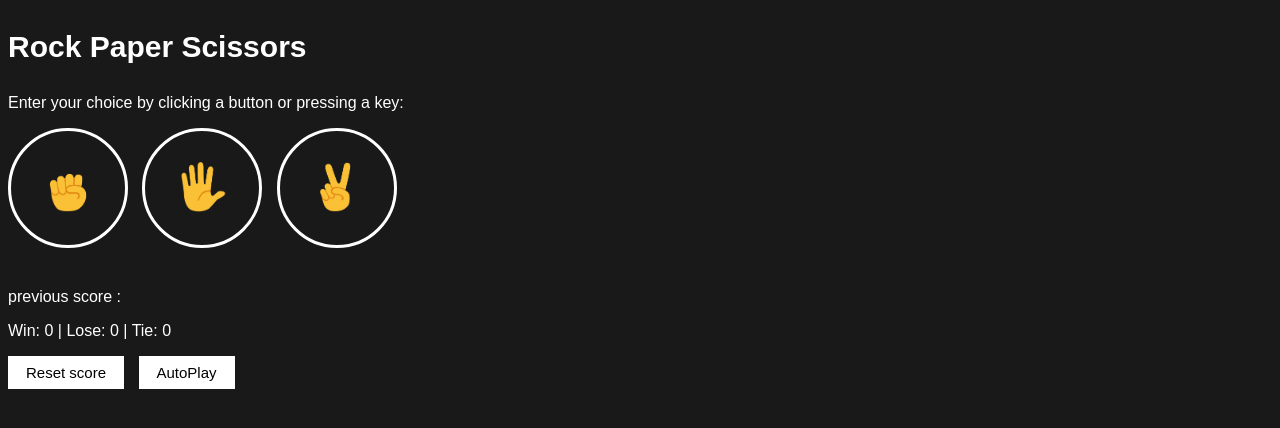
Repository: Gaurav124937/javascript
Page: html/08-rock-paper-scissors-evetlistner.html
These files come from the project's save history. The page is drawn as it stood at one moment and after the next save; the edit follows.
The browser window is 1280 px wide. The pictures show the whole page.

Above is the page before, as saved 2026-04-06 21:36:20.

After the next save:
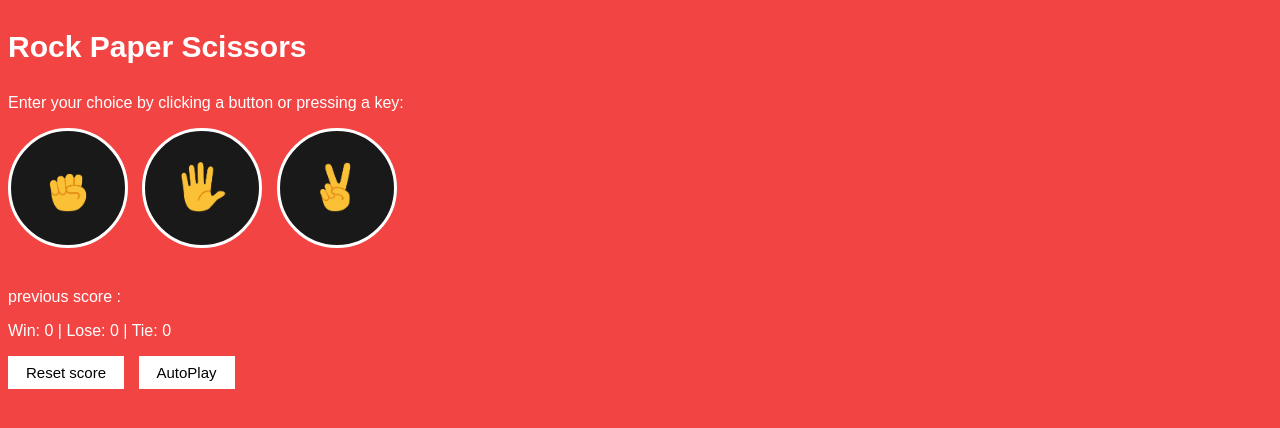
Saved 17 s later.
--- a/css/rock-paper-scisssor-autoplay.css
+++ b/css/rock-paper-scisssor-autoplay.css
@@ -1,7 +1,7 @@
 body {
     font-family: Arial, sans-serif;
     color: white;
-    background-color: rgb(25, 25, 25);
+    background-color: rgb(243, 68, 68);
 }
 
 .title {

After the save that followed:
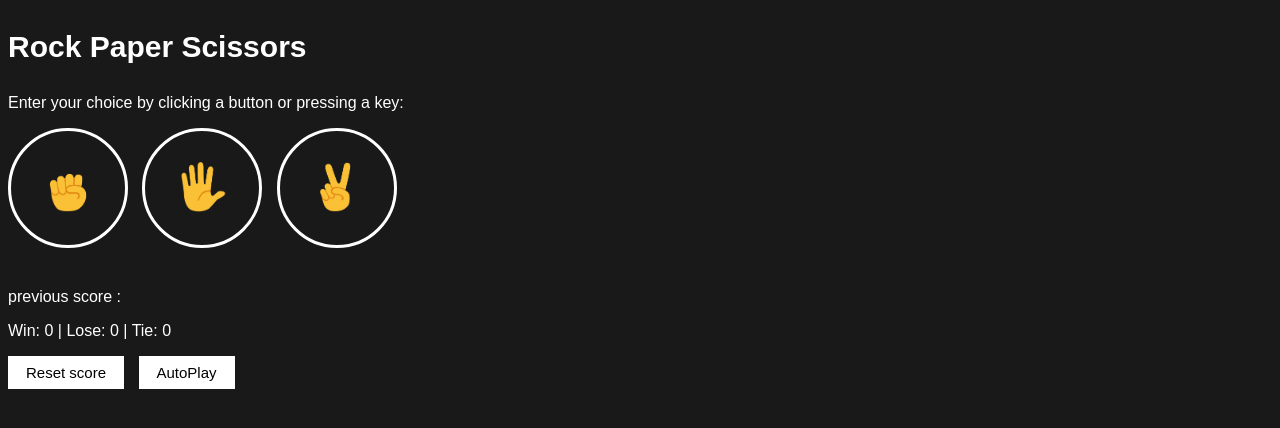
Saved 9 s later.
--- a/css/rock-paper-scisssor-autoplay.css
+++ b/css/rock-paper-scisssor-autoplay.css
@@ -1,7 +1,7 @@
 body {
     font-family: Arial, sans-serif;
     color: white;
-    background-color: rgb(243, 68, 68);
+    background-color: rgb(25, 25, 25);
 }
 
 .title {
